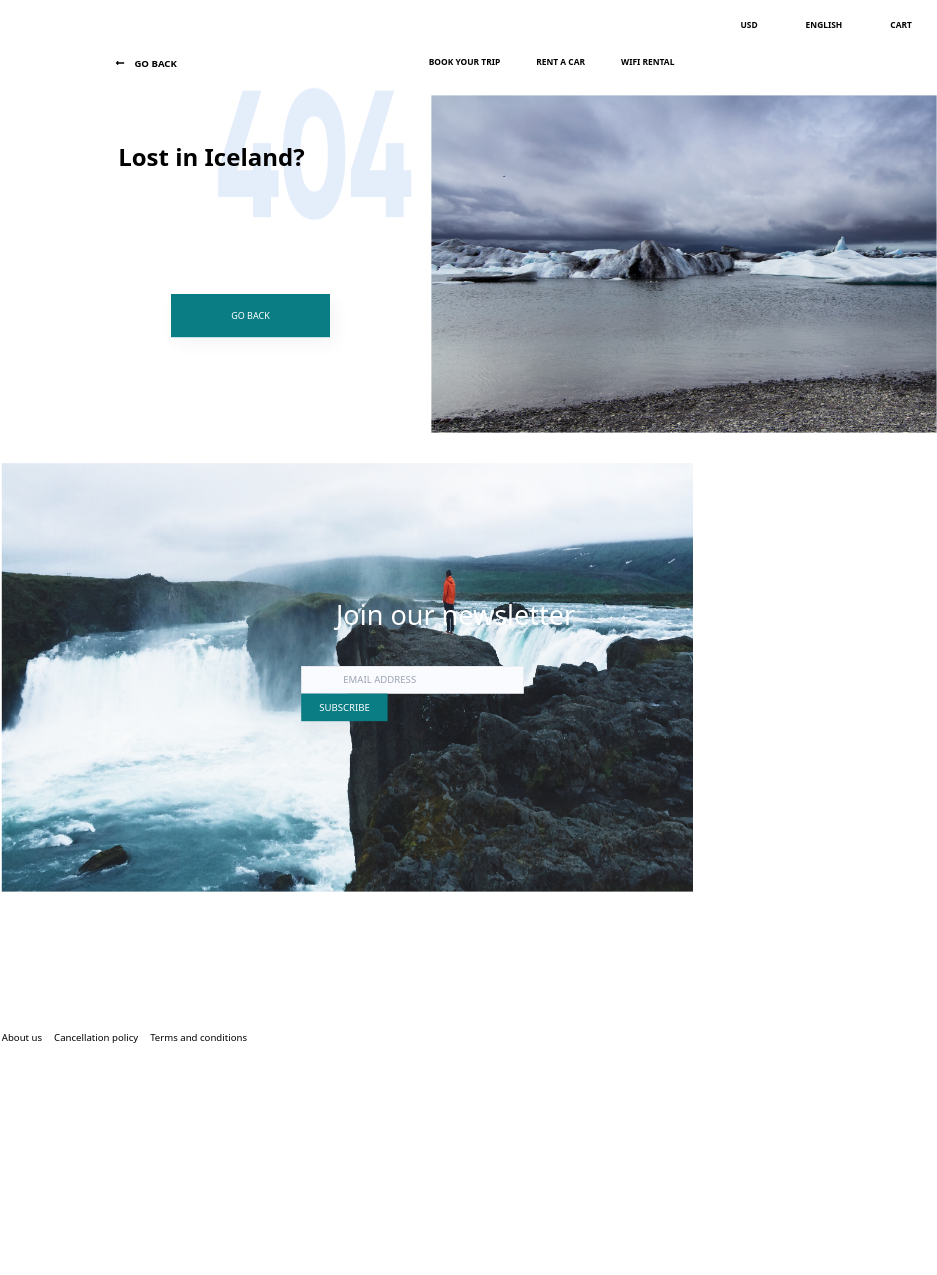
Repository: uh-sman/Iceland
Page: /
These files come from the project's save history. The page is drawn as it stood at one moment and after the next save; the edit follows.
The browser window is 1280 px wide. The page is 1561 px wide, so the pictures cover 1561 px, including what lies to the right of the window. The pictures show the whole page, at 60% of full size.
The project was rebuilt for these pictures with package versions that can differ from the ones it lists, and the page was loaded fresh each time.

Above is the page before, as saved 2022-09-08 23:36:23.

### src/App.js
import logo from "./logo.svg";
import "./App.css";
import { Topnav } from "./components/Topnav";
import { FullNav } from "./components/FullNav";
import { Body } from "./Body";
import { Footer } from "./components/Footer";

function App() {
  return (
    <div className="App">
      <FullNav />
      <Body />
      <Footer />
    </div>
  );
}

export default App;

### src/App.css
* {
  margin: 0;
  padding: 0;
  /* scroll-behavior: none; */
}
.custom {
  background: #097c84;
  box-shadow: 7px 10px 30px rgba(0, 0, 0, 0.05);
  line-height: 18.57px;
}
.search {
  padding: 10px 69px;
  background: #f9fbff;
  border: 1px solid #e1e3e9;
  outline: none;
}
.button {
  padding: 11px 30px;
  background: #097c84;
  box-shadow: 7px 10px 30px rgba(0, 0, 0, 0.05);
  /* background: #f9fbff; */
  /* border: 1px solid #e1e3e9; */
}
.background {
  background: #f0f4fa;
  /* transform: matrix(1, 0, 0, -1, 0, 0); */
}

### src/components/Topnav.js
import React from "react";

export const Topnav = () => {
  return (
    <div className="container w-full py-[31px]">
      <nav className="absolute left-[1234px]">
        <ul className="space-x-20 text-sm font-semibold">
          <a href="">USD</a>
          <a href="">ENGLISH</a>
          <a href="">CART</a>
        </ul>
      </nav>
    </div>
  );
};

### src/components/FullNav.jsx
import React from "react";
import { Bottomnav } from "./Bottomnav";
import { Hero } from "./Hero";
import { Newsletter } from "./Newsletter";
import { Topnav } from "./Topnav";

export const FullNav = () => {
  return (
    <div>
      <Topnav />
      <Bottomnav />
      <Hero />
      <div className="h-[51px]">{/* <Newsletter /> */}</div>
    </div>
  );
};

### src/Body.js
import React from "react";
import { Newsletter } from "./components/Newsletter";

export const Body = () => {
  return (
    <div>
      <Newsletter />
    </div>
  );
};

### src/components/Footer.js
import React from "react";

export const Footer = () => {
  return (
    <div>
      <div className="absolute w-[1440px] h-[408px] left-[3px] top-[1717px] you">
        <div>
          <ul className="flex gap-[20px]">
            <li>About us</li>
            <li>Cancellation policy</li>
            <li>Terms and conditions</li>
          </ul>
        </div>
      </div>
    </div>
  );
};

### src/components/Bottomnav.js
import React from "react";
import { FaLongArrowAltLeft } from "react-icons/fa";
export const Bottomnav = () => {
  return (
    <nav className="container w-full">
      <div className="py-[31px]">
        <div className="container">
          <h1 className="flex items-center gap-4 absolute left-[192px]">
            <FaLongArrowAltLeft />
            <a className=" cursor-pointer font-semibold text-md">GO BACK</a>
          </h1>
        </div>
        <div className="container">
          <div className="absolute right-[156px]">
            <ul className="space-x-[60px] text-sm font-semibold cursor-pointer">
              <a>BOOK YOUR TRIP</a>
              <a>RENT A CAR</a>
              <a>WIFI RENTAL</a>
            </ul>
          </div>
        </div>
      </div>
    </nav>
  );
};

### src/components/Hero.js
import React from "react";
import four from "../Assets/404.png";
import img from "../Assets/404 background 1.png";
import { Button } from "./Button";
export const Hero = () => {
  return (
    <div>
      <div className="container">
        <img
          src={four}
          className="absolute left-[363px] top-[146px] h-[221px] w-[323px]"
        />
      </div>
      <div className="container inset-3">
        <h1 className="font-semibold text-[40px] absolute left-[197px] top-[232px] ">
          Lost in Iceland?
        </h1>
      </div>
      <div className="container">
        <img
          src={img}
          className="absolute left-[719px] top-[159px] w-[842px] h-[562px]"
        />
      </div>
      <Button />
    </div>
  );
};

### src/components/Newsletter.js
import React from "react";
import adventure from "../Assets/adventure-makes-things-meaningful_t20_Vo0aX3 1.png";
export const Newsletter = () => {
  return (
    <div>
      <div className="container">
        <img
          // w-[1440px]
          src={adventure}
          className="absolute h-[714px] left-[3px]
          top-[772px] w-[90%]"
        />
        <div className="container">
          <h1 className="text-[45px] font-[600px] absolute top-[990px] left-[560px] text-white">
            Join our newsletter
          </h1>
        </div>
        <div className="container w-full">
          <div className="absolute top-[1110px] w-[499px] h-[57px] left-[502px] box-border">
            <input
              placeholder="EMAIL ADDRESS"
              type="email"
              className="search"
            />
            <button className="button text-white">SUBSCRIBE</button>
          </div>
        </div>
      </div>
    </div>
  );
};

### src/components/Button.js
import React from "react";

export const Button = () => {
  return (
    <div>
      <div>
        <button className="absolute w-[265px] h-[72px] left-[285px] top-[490px] custom font-[700px] text-white text-[15px]">
          GO BACK
        </button>
      </div>
    </div>
  );
};

### tailwind.config.js
/** @type {import('tailwindcss').Config} */
module.exports = {
  content: ["./src/**/*.{html,js,jsx}"],
  theme: {
    screens: {
      sm: "480px",
      md: "768px",
      lg: "976px",
      xl: "1440px",
    },
    extend: {},
  },
  plugins: [],
};

Loaded but not shown: public/index.html (common file); src/index.js (common file); src/index.css (common file)

After the next save:
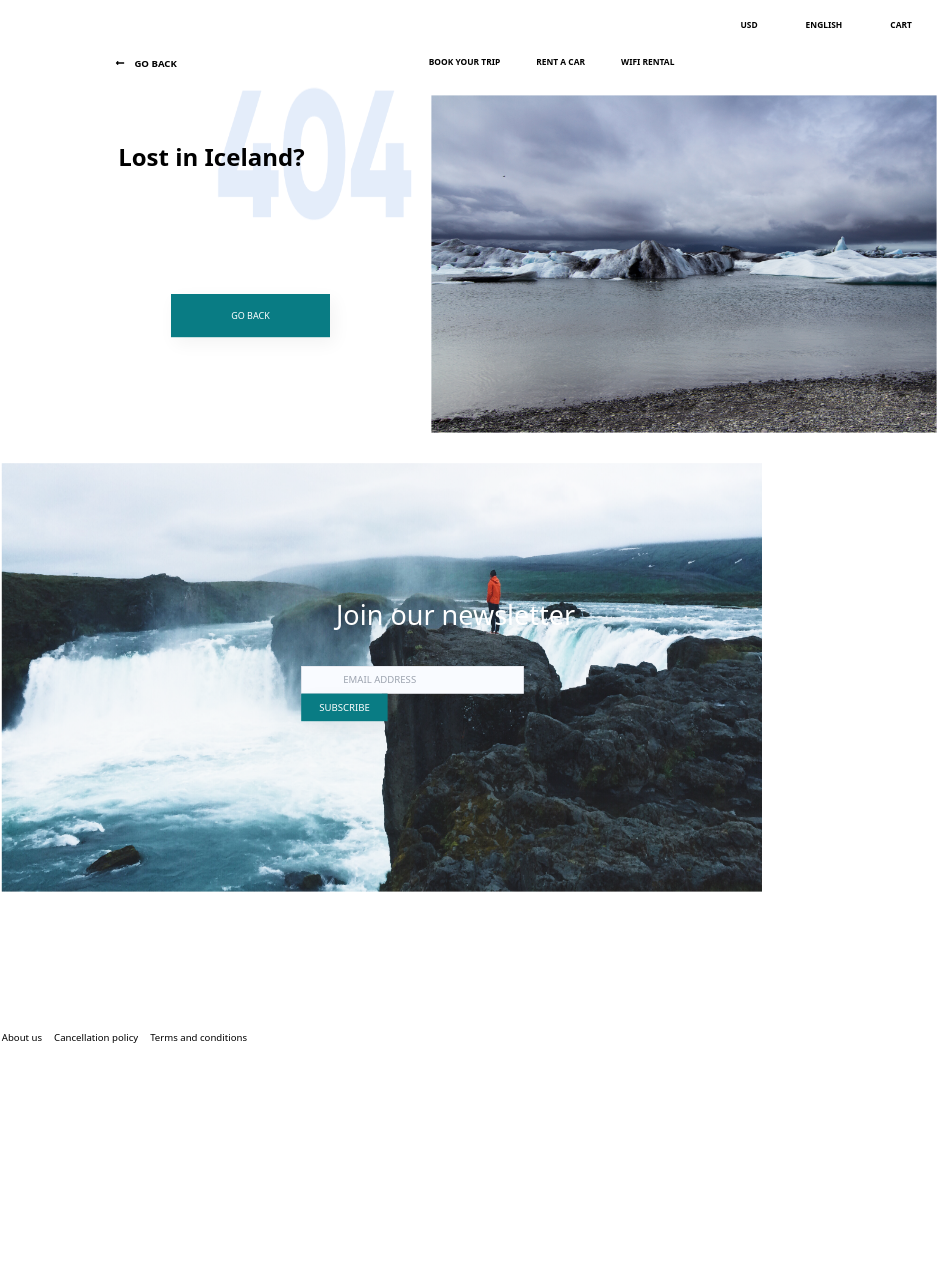
Saved 8 s later.
--- a/src/components/Newsletter.js
+++ b/src/components/Newsletter.js
@@ -8,7 +8,7 @@ export const Newsletter = () => {
           // w-[1440px]
           src={adventure}
           className="absolute h-[714px] left-[3px]
-          top-[772px] w-[90%]"
+          top-[772px] w-[99%]"
         />
         <div className="container">
           <h1 className="text-[45px] font-[600px] absolute top-[990px] left-[560px] text-white">
